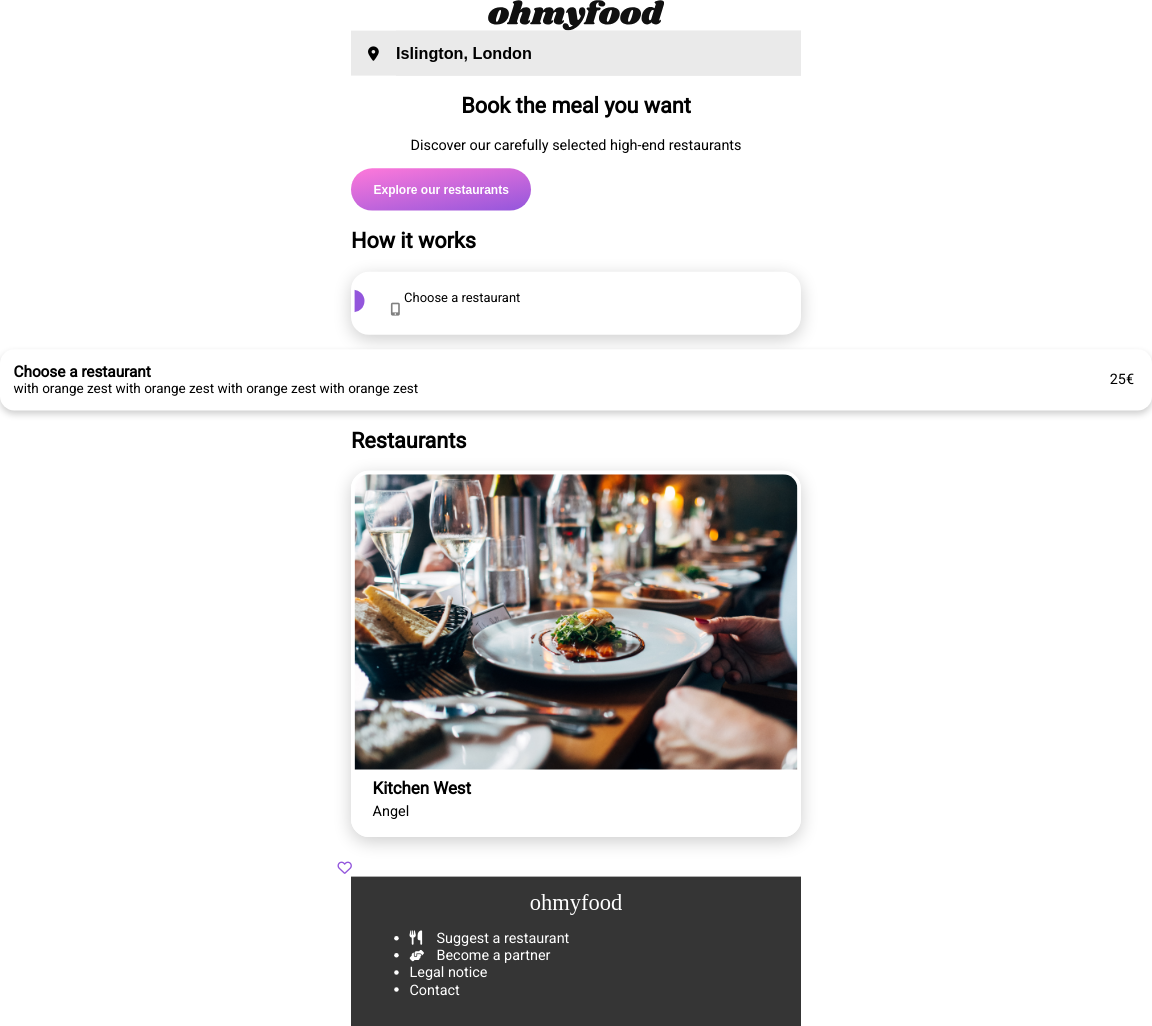
Repository: R1ptou/Project-3
Page: index.html
An editor plug-in stored every save of this project. The page is shown before and after the next save, followed by the edit.
The browser window is 1280 px wide. The pictures show the whole page, at 90% of full size.
Some web fonts or font styles are not loaded; a fallback is used. The style sheet was rebuilt from its Sass, Less or Tailwind sources for each picture, by a compiler version that may differ from the author's.

Above is the page before, as saved 2024-03-24 19:46:27.

### index.html
<!DOCTYPE html>
<html lang="en">
<head>
    <meta charset="UTF-8">
    <meta name="viewport" content="width=device-width, initial-scale=1.0">
    <title>ohmyfood</title>
    <link rel="preconnect" href="https://fonts.googleapis.com">
    <link rel="preconnect" href="https://fonts.googleapis.com">
    <link rel="preconnect" href="https://fonts.gstatic.com" crossorigin>
    <link href="https://fonts.googleapis.com/css2?family=Roboto&family=Shrikhand&display=swap" rel="stylesheet">
    <link rel="stylesheet" href="https://cdnjs.cloudflare.com/ajax/libs/font-awesome/6.2.1/css/all.min.css"
        integrity="sha512-MV7K8+y+gLIBoVD59lQIYicR65iaqukzvf/nwasF0nqhPay5w/9lJmVM2hMDcnK1OnMGCdVK+iQrJ7lzPJQd1w=="
        crossorigin="anonymous" referrerpolicy="no-referrer">
    <link rel="stylesheet" href="./css/style.css">
</head>
<body>
<!-- Nav -->
    <div class="container">
        <div class="logo"> <!-- Logo -->
            <img  src="./Images%20and%20text%20Ohmyfood/images/logo/ohmyfood@2x.svg" alt="ohmyfood logo" >
        </div>
            <form class="search-bar"> <!-- Search bar -->
                <div class="icon-search"><i class="text-black fa-solid fa-location-dot"></i></div>
                <input class="input-search" value="Islington, London" type="text">
            </form>
        <div> <!-- Headline -->
            <h2 class="headline"><strong>Book the meal you want</strong></h2>
            <p class="headline">Discover our carefully selected high-end restaurants</p>
        </div>
            <button type="submit" class="button-search">Explore our restaurants</button> <!-- Submit button -->
    </div>

<!-- How it works -->
    <main>
        <section class="container">
            <h2>How it works</h2>
            <ol class="list-group numbered card card-rest">
                <li class="list-item">
                    <span class="icon-no">1</span>
                    <span class="icon-pic fa-solid fa-mobile-screen-button"></span>
                    <span class="card-text">Choose a restaurant</span>
                </li>
            </ol>
        </section>

        <div class="menu-item menu-item-1">
            <div class="menu-item__body">
                <h4 class="menu-item__heading">Choose a restaurant</h4>
                <p class="menu-item__content">
                    with orange zest with orange zest with orange zest with orange zest
                </p>
            </div>
            <div class="menu-item__price">25€</div>
            <div class="menu-item__checkmark">
                <i class="fas fa-check-circle fa-lg menu-item__checkmark-icon"></i>
            </div>
        </div>

<!-- Restaurants -->
        <section class="container">
            <h2>Restaurants</h2>

            <a href="#" class="card-rest">
                <img class="card-img" src="./Images%20and%20text%20Ohmyfood/images/restaurants/jay-wennington-N_Y88TWmGwA-unsplash.jpg" alt="">
                      <div class="card-content">
                        <h3 class="card-title">Kitchen West</h3>
                        <p class="card-subtitle">Angel</p>
                      </div>
            </a>
            <div class="heart">
                <span class="fa-solid fa-heart heart-icon heart-full"></span>
                <span class="fa-regular fa-heart heart-icon heart-empty"></span>

            </div>

        </section>

<!-- Header -->
<!-- Footer -->
<footer class="footer container">
    <div class="logo"> <!-- Logo -->
        <a href class="#top footer-logo" title="Back to top of the page" alt="Back to top of the page">ohmyfood</a>
     </div>
     <ul class="list">
        <li><a href="#"><span class="fa-solid fa-utensils footer-ico"></span>Suggest a restaurant</a></li>
        <li><a href="#"><i class="fa-solid fa-handshake-angle footer-ico ico-resize"></i>Become a partner</a></li>
        <li><a href="#">Legal notice</a></li>
        <li><a href="mailto:project3@ohmyfood.com" title="Email Us" alt="Email Us">Contact</a></li>
      </ul>
  </footer>
    </main>
</body>
</html>

### scss/style.scss
/****** General ***********/

@import "variables";
@import "base";
@import "list-group";
@import "card";
@import "button";

.container {
    max-width: 500px;
    margin: auto;
}


/****** Nav ***********/

/****** Logo ***********/

.logo {
    display: flex;
    justify-content: center;
}
/****** Search bar ***********/

.search-bar {
    display: flex;
    justify-content: center;
    background-color: $septenary-color;
}

.icon-search {
    display: flex;
    justify-content: center;
    align-items: center;
    width: 50px;
    height: 50px;
    flex-shrink: 0;
}

.input-search {
    display: flex;
    border-width: 0;
    border-style: none;
    width: 100%;
    padding: 0;
    font-weight: bold;
    font-size: 18px;
    background-color: $septenary-color;
    caret-color: $tertiary-color;
}
.input-search:focus {
    outline: none;
}

/****** Headline ***********/
.headline {
    display: flex;
    justify-content: center;
}

/****** How it works ***********/

.icon-pic {
    display: relative;
    background: none;
    color: grey;
    width: 20px;
    height: 20px;
    padding: 15px;
    flex-shrink: 0;
}

.icon-pic:hover {
    color: $primary-color;
}

.icon-no {
    position: absolute;
    margin:0 -39px;
    background: $primary-color;
    border-radius: 50%;
    border: none;
    font-size: 0.9rem;
    color: #fff;
    text-align: center;
    width: 25px;
    height: 25px;
    padding: 5px;
    flex-shrink: 0;
}

.menu-item {
	background: white;
	border-radius: 16px;
	box-shadow: 0 4px 8px 0 rgba(0,0,0,0.2);
	position: relative;
	overflow: hidden;
	cursor: pointer;
	display: flex;

	.menu-item__price {
		display: flex;
		align-items: center;
		padding: 20px;
	}

	&:hover {
		.menu-item__checkmark {
			width: 75px;
		}
		.menu-item__checkmark-icon {
			-webkit-transform: rotate(0deg);
			transform: rotate(0deg);
		}
	}

	.menu-item__body {
		width: 100%;
		padding: 15px;
		overflow: hidden;
		display: flex;
		flex-direction: column;

		.menu-item__content, .menu-item__heading {
			margin: 0;
			font-size: 15px;
			text-overflow: ellipsis;
			overflow: hidden;
			white-space: nowrap;
		}

		.menu-item__heading{
			font-size: 17px;
		}
	}

	.menu-item__checkmark {
		width: 0;
		background: blue;
		transition: width 1s;
		right: 0;
		top: 0;
		bottom: 0;
		flex-shrink: 0;
		display: flex;
		justify-content: center;
		align-items: center;
	}

	.menu-item__checkmark-icon {
		transform: rotate(360deg);
		transition: transform 1s;
		color: white;
	}
}


/****** Restaurants ***********/

.heart {
    position: relative;
    display:inline-block;
    height: 24px;
    width: 24px;
    top: 10px;
    right: 15px;
}

.heart-icon {
    position: absolute;
    display: inline-block;
    height: 24px;
    width: 24px;
    color: $primary-color;
}

.heart-empty {
    transition: opacity 1s;
    opacity: 1;
}

.heart-full {
    transition: opacity 1s;
    opacity: 0;
    background-image: $gradient;
    background-clip: text;
    -webkit-background-clip: text;
    color: transparent;
}

.heart:hover .heart-full {
    opacity: 1;
}

.heart:hover .heart-empty {
    opacity: 0;
}

/****** Starters ***********/


/****** Mains ***********/


/****** Deserts ***********/


/****** Button ***********/

.btn {
    background-color: $primary-color;
}

/****** Label ***********/


/****** Icon ***********/


/****** Footer ***********/

.footer {
    background-color: $octonary-color;
    color: #fff;
    padding: 15px 25px;
}

.footer-logo {
    color: #fff;
    font-family: $primary-serif;
    font-size: 25px;
    margin: 0;
}

.footer a {
    color: #fff;
}

.footer-ico {
    width: 30px;
}

.ico-resize {
    font-size: 13px;
}

### scss/_variables.scss
    $primary-color: #9356DC; // button, badge, icon hover
    $secondary-color: #FF79DA; // button gradient
    $tertiary-color: #99E2D0; // element hue
    $quaternary-color: #008766; // badge font
    $quinary-color: #7E7E7E; // icons
    $senary-color: #F6F6F6; // background hue (off-white)
    $septenary-color: #EAEAEA; // form field background
    $octonary-color: #353535; // footer background

    $gradient: linear-gradient(-10deg, #9356DC, #FF79DA);
    $gradient-hover: linear-gradient(120deg, #9356DC, #FF79DA);

    $primary-sans-serif: "Roboto", sans-serif;
    $primary-serif: "Shrikhand", serif;

### scss/_base.scss
body {
    margin: 0;
    padding: 0;
    color: #000;
    font-family: $primary-sans-serif;
    }

::selection {
    color: #000;
    background: $tertiary-color;
    }

a {
    text-decoration: none;
    }

a, a:visited {
    color: inherit;
    }

a:hover, a:focus {
    color: $tertiary-color;
}

* {
    box-sizing: border-box;
    -moz-box-sizing: border-box;
    -webkit-box-sizing: border-box;
    }

*:focus {
    outline: $tertiary-color solid 2px;
}

*:visited {}

html {
    scroll-behavior: smooth;
  }

a[title]:hover::after {
    opacity: 1;
    transition: all 0.1s ease 0.3s;
    visibility: visible;
}

a[title]:after {
    content: attr(title);
    color: $tertiary-color;
    position: absolute;
    top: 10px;
    left: 105%;
    z-index: 100;
    white-space: nowrap;
    border: solid 1px;
    padding: 5px;
    font-family: $primary-sans-serif;
    font-size: 0.7rem;
    opacity: 0;
    visibility: hidden;
}
[title] {
    position: relative;
}

### scss/_list-group.scss
.numbered {
    list-style-type: none;
    counter-reset: section;
}

.list-group {
    list-style-type: none;
    padding: 0;
    display: flex;
    flex-direction: column;
    justify-content: space-between;
    align-items: start;
}
.list-item {
    display: flex;
    justify-content: space-between;
    align-items: flex-start;
    position: relative;
    box-sizing: border-box;
    list-style-type: none;
    text-decoration: none;
}

### scss/_card.scss
.card-group {
    display: flex;
    flex-wrap: wrap;
    padding: 16px 25px;
}

.card {
    display: flex;
    flex-direction: row;
    padding: 16px 25px;
    background: #fff;
    border-radius: 25px;
    box-shadow: 1px 3px 6px 0px rgba(0, 0, 255, .2);
    font: 0.9rem "Roboto", sans-serif;
    color: #000;
}

/****** Restaurants ***********/



.card-rest {
    margin-bottom: 1rem;
    display: flex;
    flex-direction: column;
    background-color: var(#F6F6F6);
    box-shadow: 0 5px 20px rgba(0,0,0,0.2);
    border-radius: 20px;
    overflow: hidden;
    border: 4px solid #fff;
}

.card-img {
    object-fit: cover;
    width: 100%;
}

.card-content {
    padding: 10px 20px;
}

.card-title {
    margin: 0;
}

.card-subtitle {
    margin: 5px 0;
}

### scss/_button.scss
/****** Submit button ***********/


.button-search{
    padding: 16px 25px;
    color: #fff;
    font-weight: bold;
    background: $gradient;
    border-radius: 25px;
    border: none;
    justify-content: center;
    //transition: all 0.5s ease-out;
}

.button-search:hover,
.button-search:focus {
    background: $gradient-hover;
    outline: none;
    cursor: pointer;
    content:"";
    left: 120%;
}

After the next save:
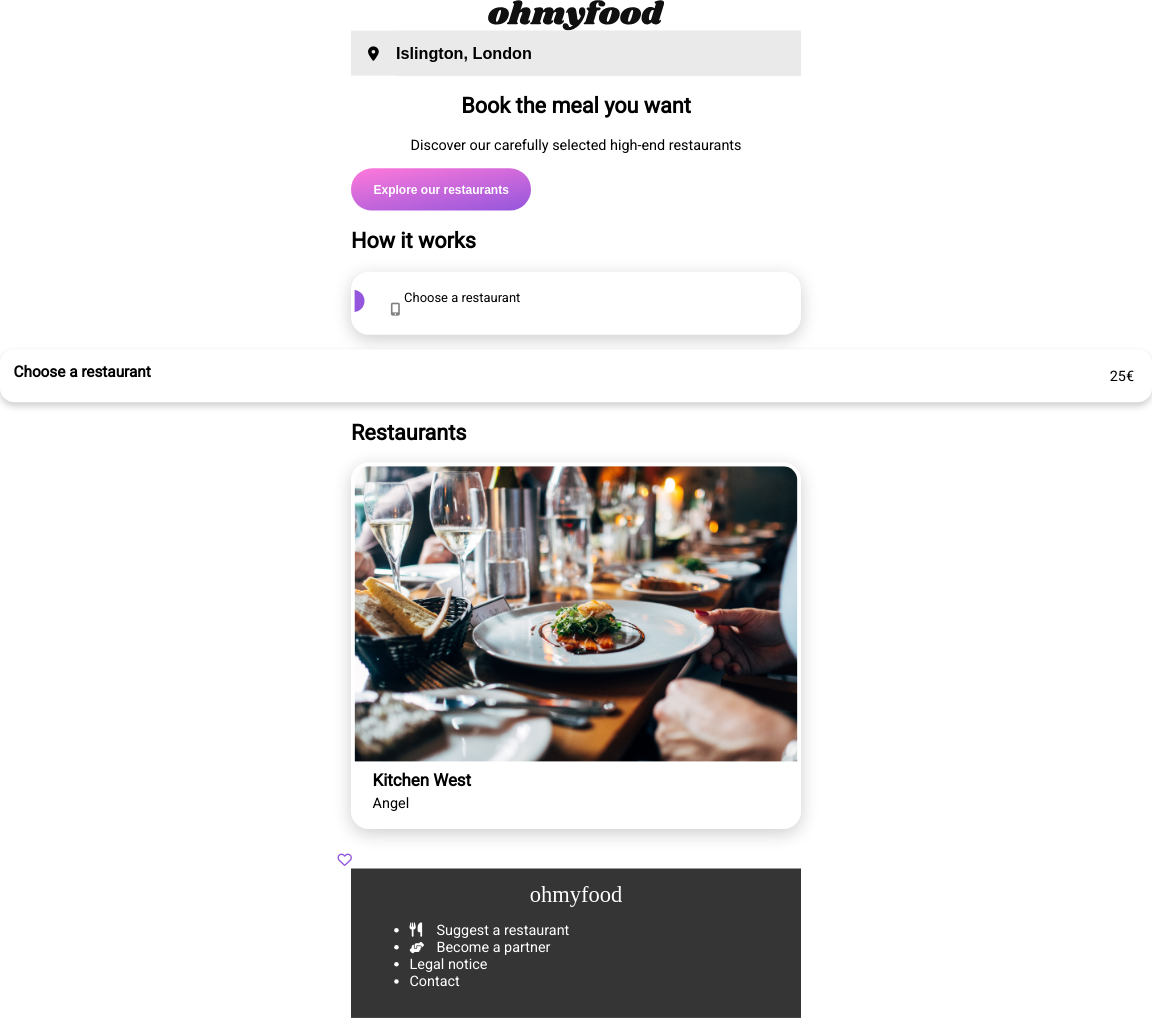
Saved 13 s later.
--- a/index.html
+++ b/index.html
@@ -46,9 +46,7 @@
         <div class="menu-item menu-item-1">
             <div class="menu-item__body">
                 <h4 class="menu-item__heading">Choose a restaurant</h4>
-                <p class="menu-item__content">
-                    with orange zest with orange zest with orange zest with orange zest
-                </p>
+
             </div>
             <div class="menu-item__price">25€</div>
             <div class="menu-item__checkmark">
